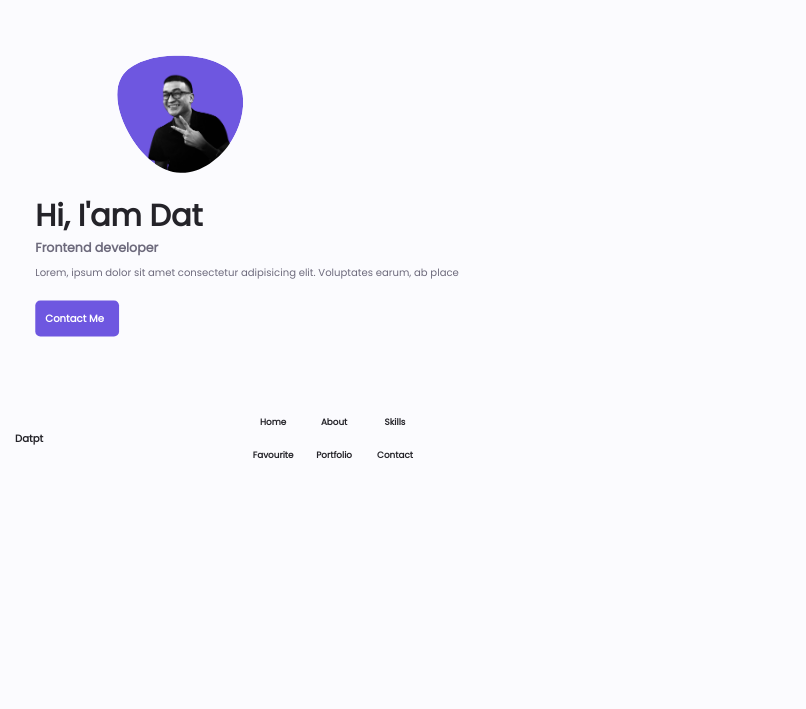
Repository: Datt21/portfolio
Page: index.html
These files come from the project's save history. The page is drawn as it stood at one moment and after the next save; the edit follows.
The browser window is 1280 px wide. The pictures show the whole page, at 63% of full size.
Some icons come from a web library that is not loaded, so they are not drawn.

Above is the page before, as saved 2021-07-10 15:19:05.

After the next save:
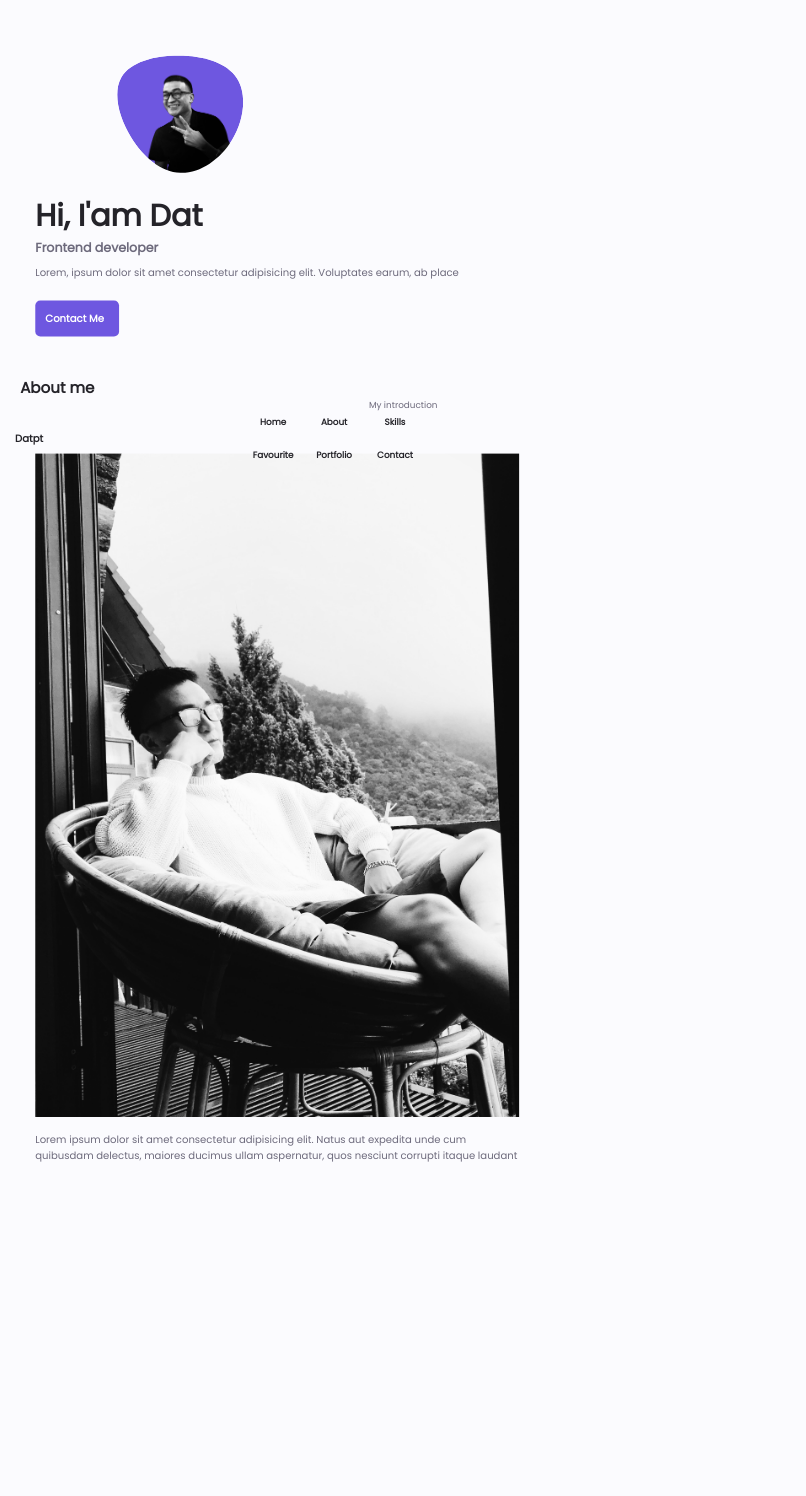
Saved 64 min 45 s later.
--- a/index.html
+++ b/index.html
@@ -126,6 +126,21 @@
 
         <!--==================== ABOUT ====================-->
         <section class="about section" id="about">
+            <h2 class="section__title">About me</h2>
+            <span class="section_subtitle">My introduction</span>
+
+            <div class="about__container container grid">
+                <img src="./images/me2.jpg" alt="" class="about__img">
+
+                <div class="about-data">
+                    <p class="about-decription">Lorem ipsum dolor sit amet consectetur adipisicing elit.
+                        Natus aut expedita unde cum quibusdam delectus, maiores ducimus ullam aspernatur, quos nesciunt corrupti itaque laudant</p>
+
+                    <div class="about__info">
+
+                    </div>
+                </div>
+            </div>
 
 
         </section>
